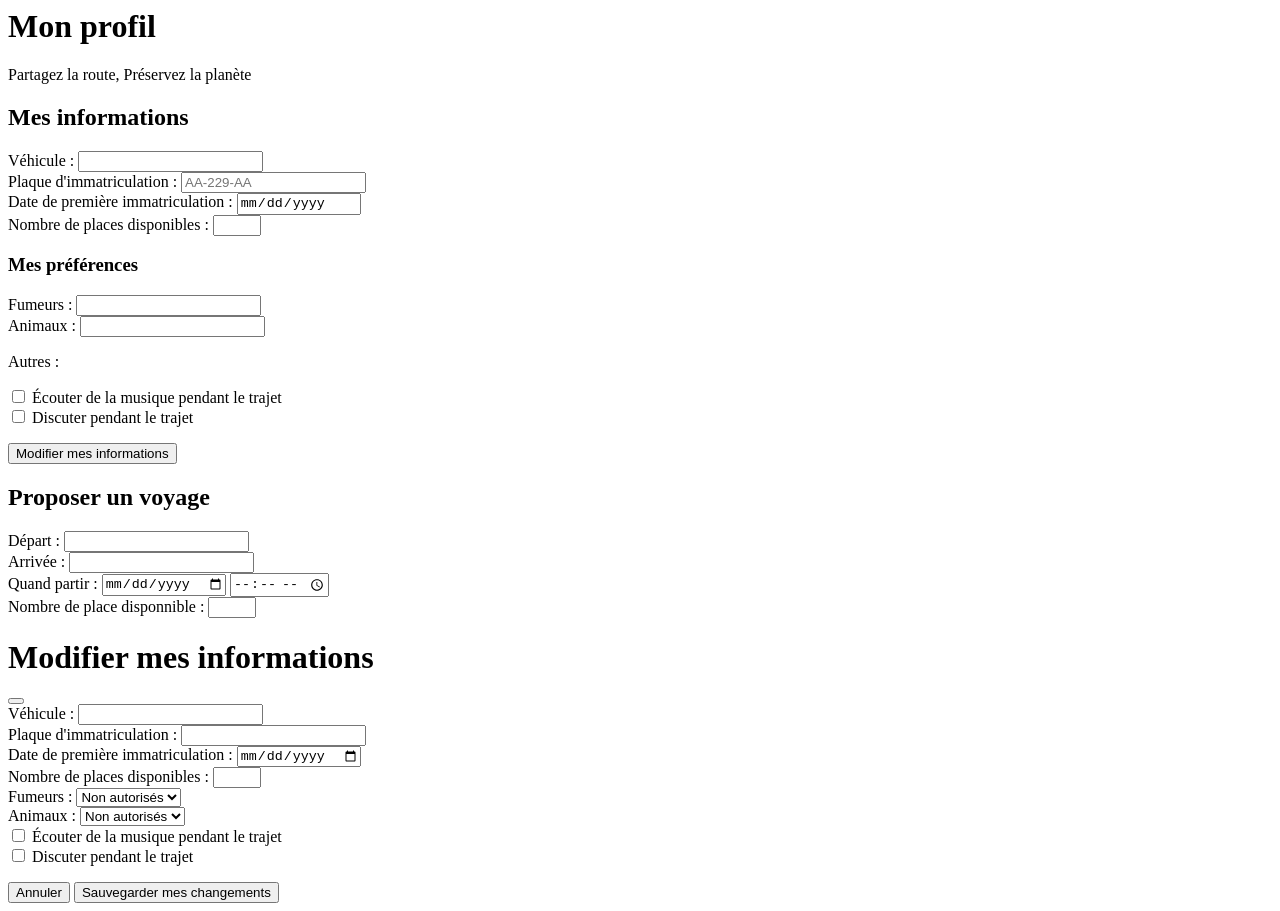
Repository: lemonhao9/ECF
Page: pages/auth/profile.html
The author's editor kept a copy of each file at every save. The page is drawn from the files as they stood at one save, then again after the next save.
The browser window is 1280 px wide. The pictures show the whole page.

Above is the page before, as saved 2025-02-17 15:28:22.

After the next save:
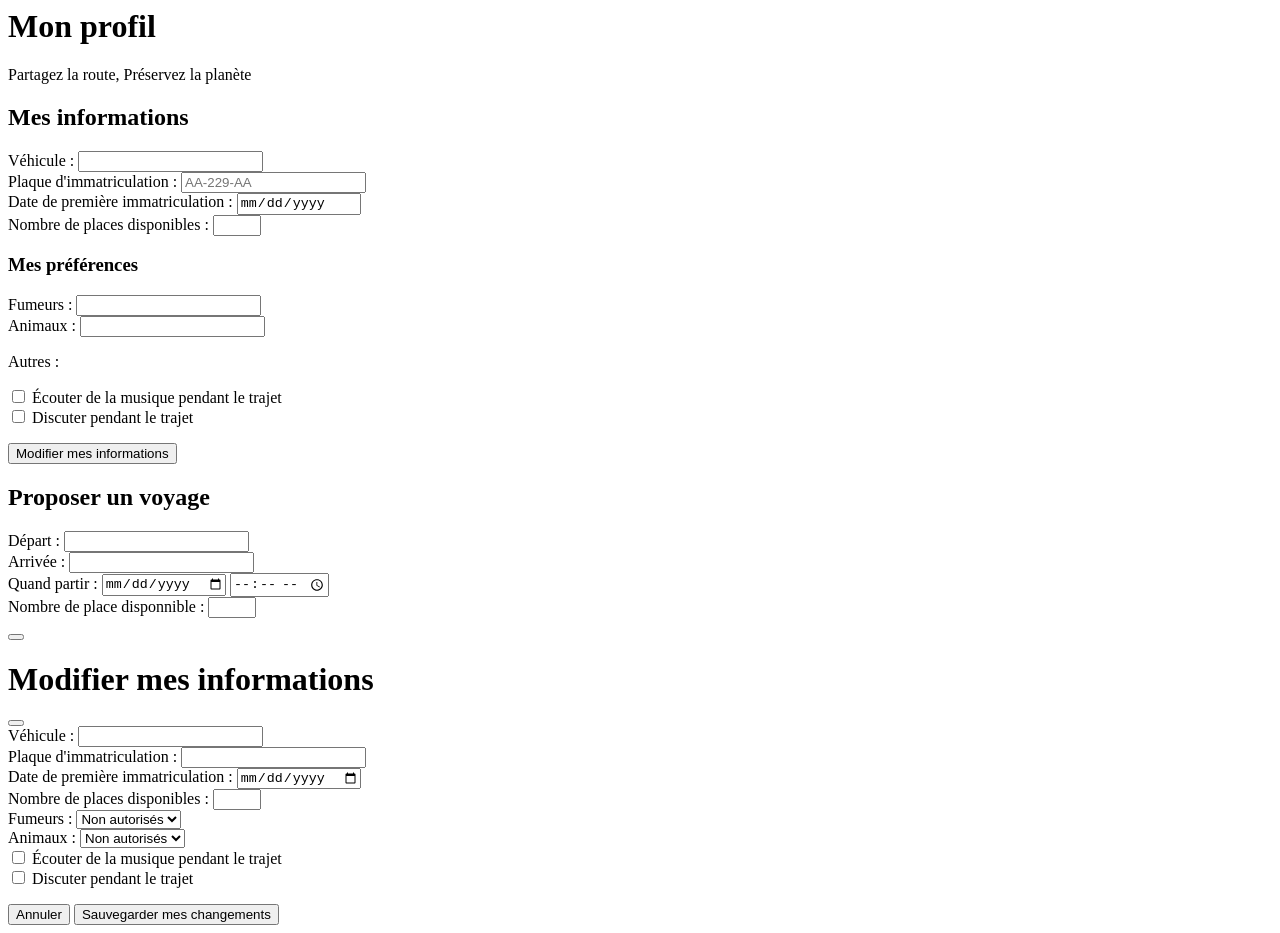
Saved 35 s later.
--- a/pages/auth/profile.html
+++ b/pages/auth/profile.html
@@ -80,6 +80,9 @@
                 <input type="number" class="form-control w-25 ms-3" id="placeDispoInput" min="1" max="5">
             </div>
         </form>
+        <div>
+            <button class="btn btn-secondary"></button>
+        </div>
     </div>
 </div>
 
